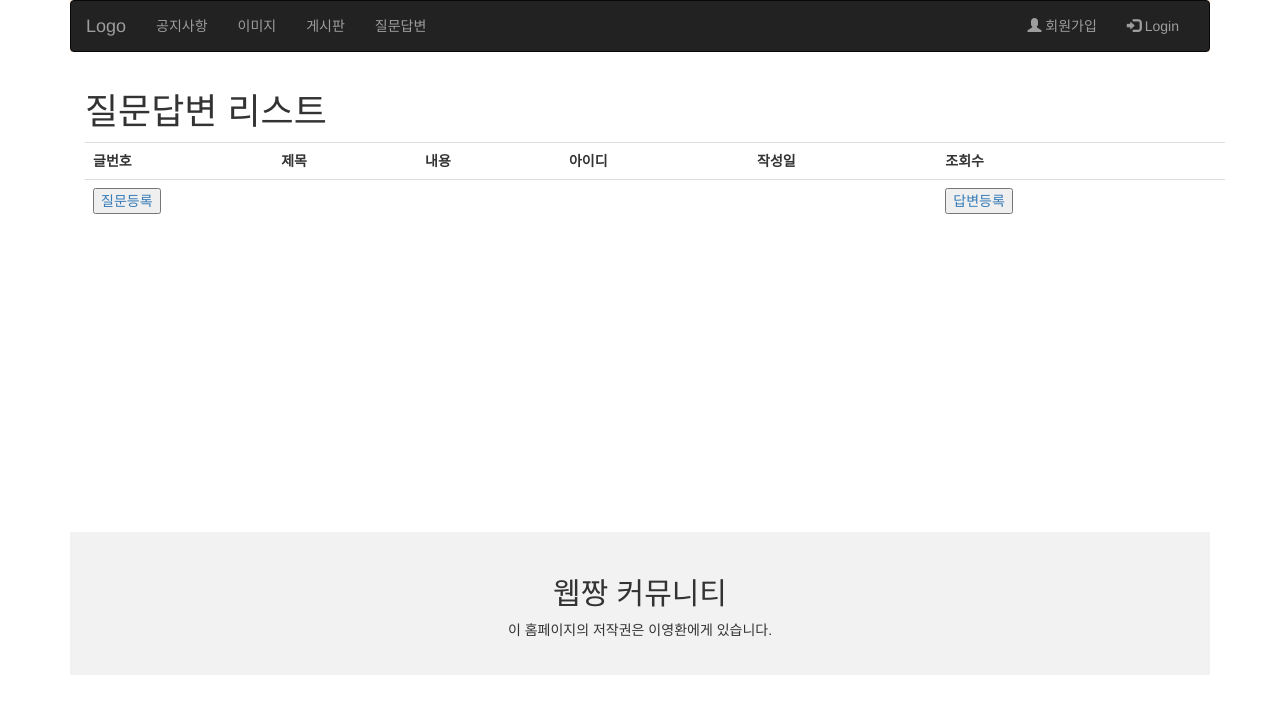
Repository: xo461/test
Page: http://localhost/webjjangcom_ver2/qna/list.jsp
The author's editor kept a copy of each file at every save. The page is drawn from the files as they stood at one save, then again after the next save.
The browser window is 1280 px wide. The pictures show the whole page.
Some web libraries are served in a nearby version. The page is served by Tomcat 9. Queries for data that is not in the repository find no rows.

Above is the page before, as saved 2019-11-14 05:36:49.

After the next save:
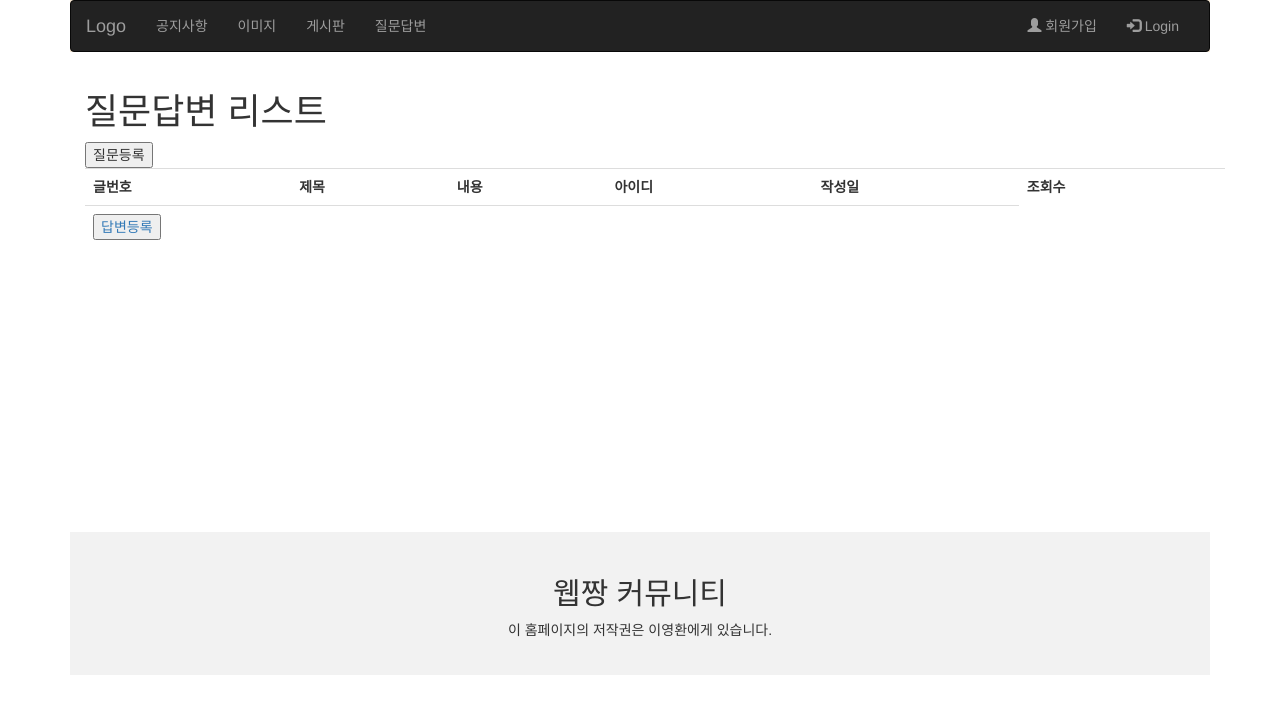
Saved 3 min 41 s later.
--- a/web/webjjangcom_ver2/WebContent/qna/list.jsp
+++ b/web/webjjangcom_ver2/WebContent/qna/list.jsp
@@ -59,7 +59,7 @@
 
 			<!--  글쓰기 버튼  -->
 			<tr>
-				<td colspan="5"><a href="writeForm.jsp"><button onclick="location='/member/login.jsp'">질문등록</button></a>
+				<button onclick="location='/member/login.jsp'">질문등록</button></a>
 				</td>
 				<td colspan="5"><a href="writeForm.jsp"><button>답변등록</button></a>
 				</td>
